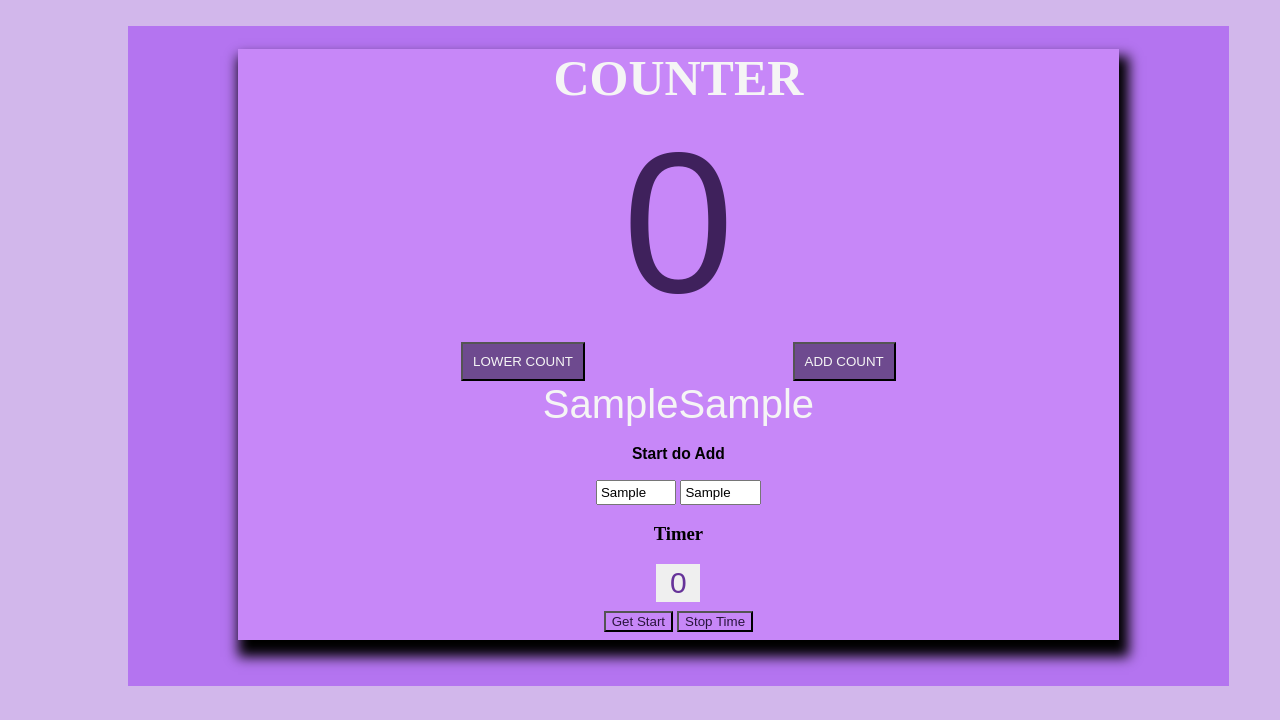
Repository: AnahitKhechumyan/Counter
Page: index.html
The author's editor kept a copy of each file at every save. The page is drawn from the files as they stood at one save, then again after the next save.
The browser window is 1280 px wide. The pictures show the whole page.
Empty fields were first filled with sample values (such as "Sample", 5 or name@example.com).
After loading, the first visible `button.add` was clicked once.

Above is the page before, as saved 2022-02-15 02:32:57.

After the next save:
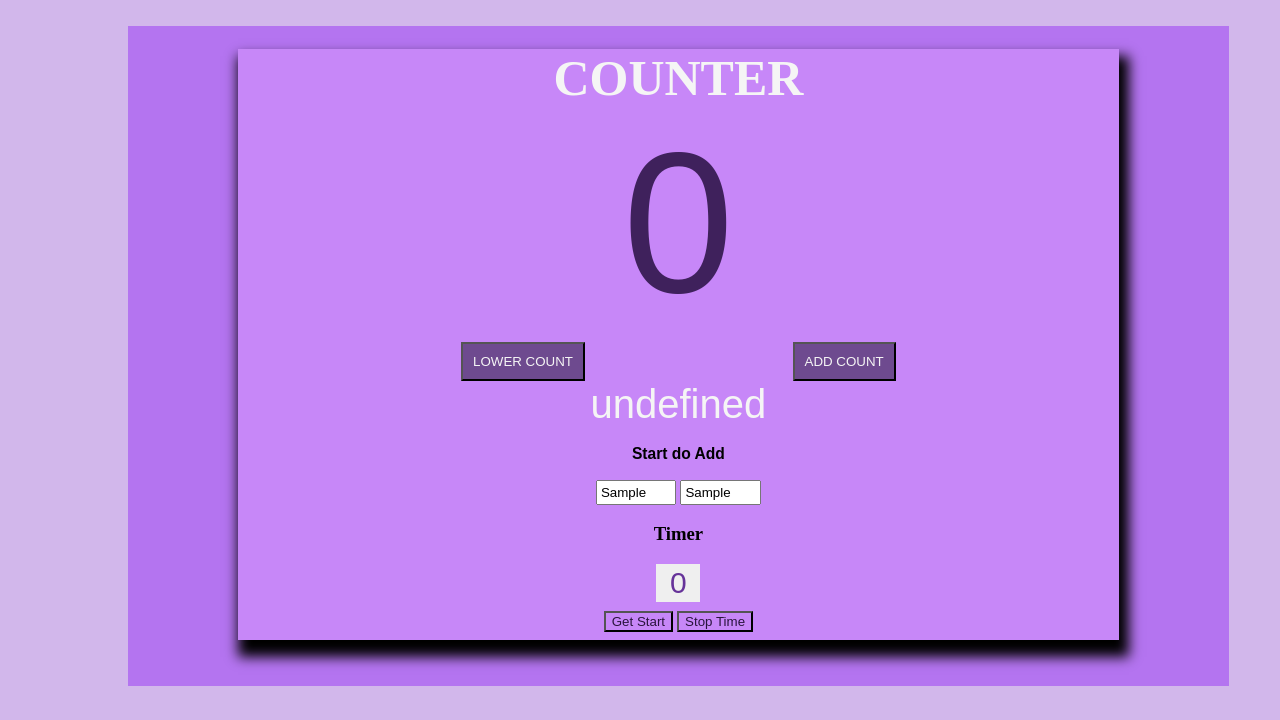
Saved 6 min 6 s later.
--- a/script.js
+++ b/script.js
@@ -39,8 +39,8 @@
 
 
 function add(x){
-    return function(y){
-     return x + y;
+    return  function(y){
+      x + y;
     }
 };
 

After the save that followed:
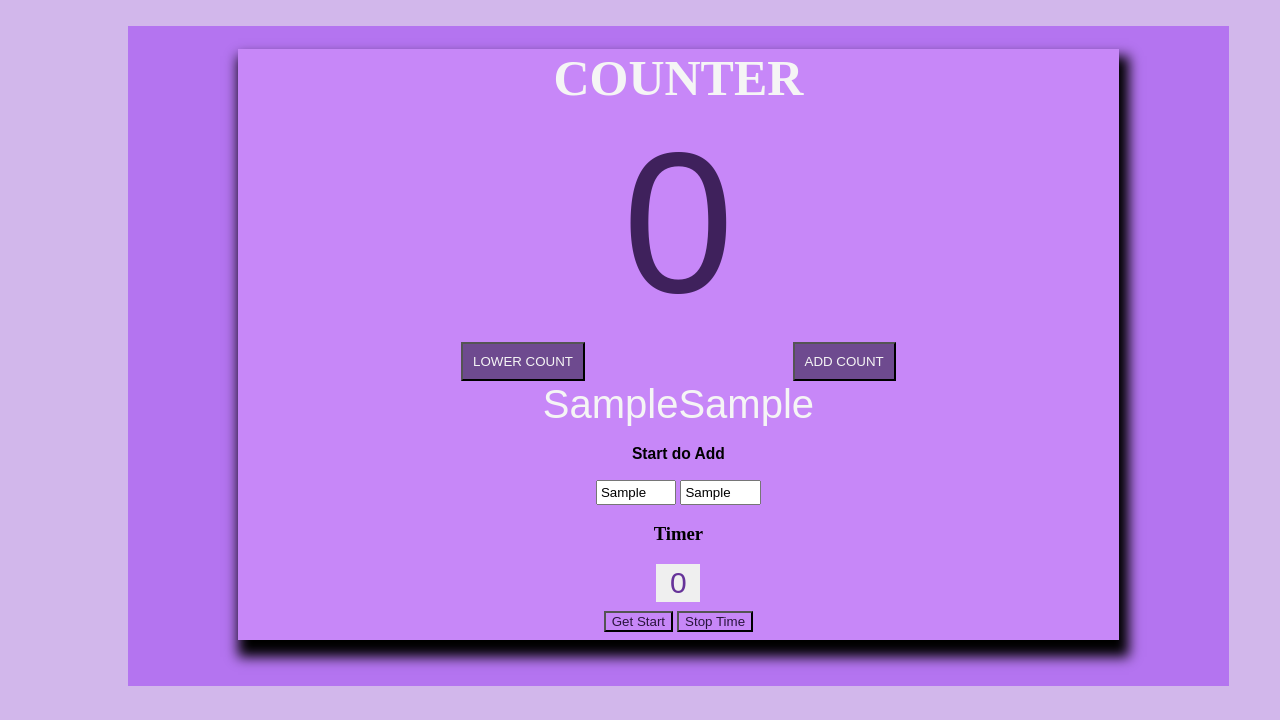
Saved 40 s later.
--- a/script.js
+++ b/script.js
@@ -40,7 +40,7 @@
 
 function add(x){
     return  function(y){
-      x + y;
+     return  (x + y);
     }
 };
 
